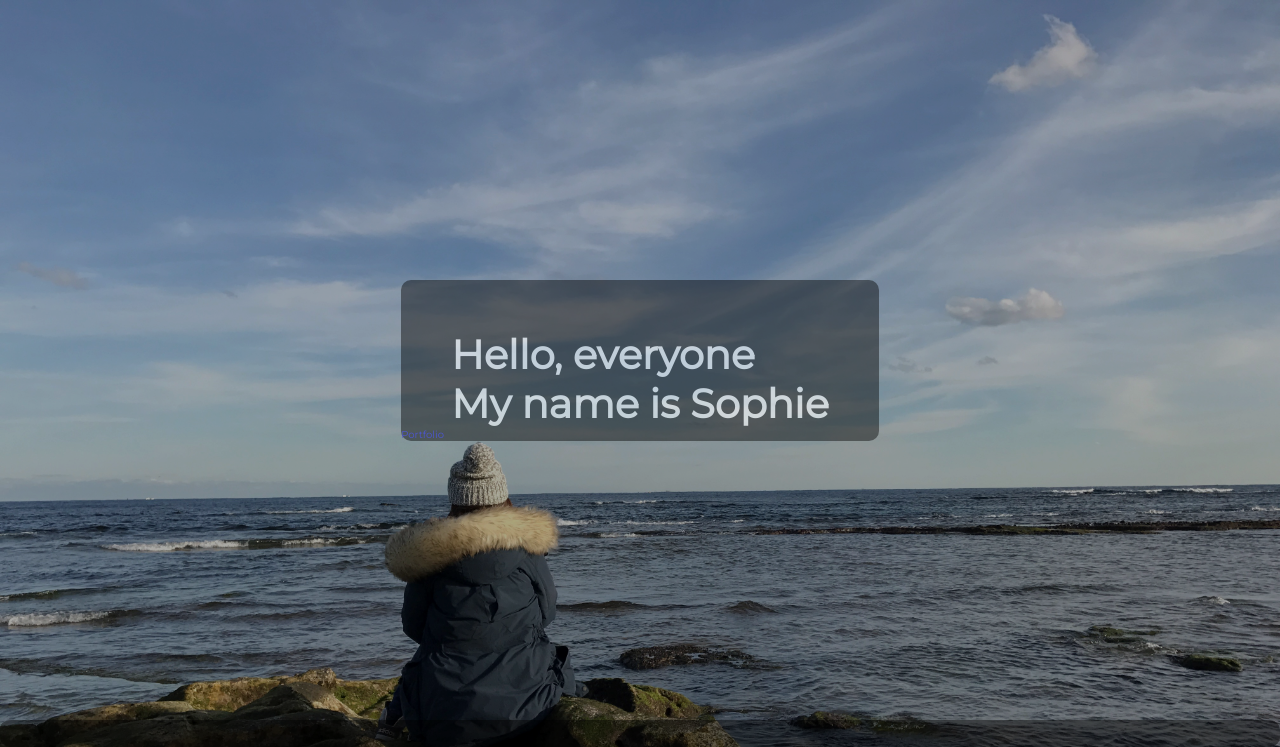
Repository: wenxi0504/StaticWebsite_Profolio
Page: index.html
An editor plug-in stored every save of this project. The page is shown before and after the next save, followed by the edit.
The browser window is 1280 px wide. The pictures show the whole page.

Above is the page before, as saved 2022-03-02 00:41:25.

### index.html
<!DOCTYPE html>
<html lang="en">
<head>
    <meta charset="UTF-8">
    <meta http-equiv="X-UA-Compatible" content="IE=edge">
    <meta name="viewport" content="width=device-width, initial-scale=1.0">
    <link rel="stylesheet" href="style.css">
    <title>Portfolio</title>
</head>
<body>

    <!-- Introduction section -->
    <section id="myIntro">
        <div class="myIntro container">
            <div class="card">
                <h1 class="hello">
                    Hello, everyone <br> My name is Sophie
                </h1>
                <a class="alink"href="#" type="button" class="cta">Portfolio</a>
            </div>
        </div>
        <div class="card">
            <h3 class="card-title">Glassmorphism is awesome</h3>
            <p>A modern CSS UI library based on the glassmorphism design principles that will help you quickly design and build beautiful websites and applications.</p>

        </div>

    </section>

</body>
</html>

### style.css
/* import custom font from GoogleFonts */
@import "https://fonts.googleapis.com/css?family=Montserrat:300, 400, 700&display=swap";
* {
  margin: 0px;
  padding: 0px;
  box-sizing: border-box;
}

html {
  font-size: 10px;
  font-family: "Montserrat", sans-serif;
}

a {
  text-decoration: none;
}

.container {
  min-height: 100vh;
  width: 100%;
  display: flex;
  align-items: center;
  justify-content: center;
}

/* myIntro section */
#myIntro {
  background-image: url(./images/ProfolioBackground.jpg);
  background-size: cover;
  background-position: top center;
  position: relative;
  z-index: 1;

}

/* background blurring */
#myIntro ::after {
  content: "";
  position: absolute;
  left: 0px;
  top: 0px;
  height: 100%;
  width: 100%;
  background-color: black;
  opacity: 10%;
  z-index: -999;
}

.card {

  border-radius: 10px;
  background-color:black;
  z-index: 2;
  opacity: 50%;

  /* background: inherit; */
  /* overflow: hidden; */
  /* -webkit-backdrop-filter: blur(10px);
    backdrop-filter: blur(10px); */

}


#myIntro h1 {
  display: block;
  width: fit-content;
  margin-top: 5rem;
  margin-left: 5rem;
  margin-right: 5rem;
  font-size: 4rem;
  color: white;

}

#myIntro .cta {
  display: inline-block;
  margin-left: 5rem;
  margin-bottom: 5rem;
  padding: 1rem 1rem;
  color: white;
  background-color: transparent;
  border: 2px solid crimson;
  border-radius: 10px;
  font-size: 2rem;
  text-transform: uppercase;
  letter-spacing: 0.1rem;
  margin-top: 30px;
  transition: 0.3s ease;
  transition-property: background-color;
}

#myIntro .cta:hover {
  background-color: crimson;
}

/* end myIntro section */

After the next save:
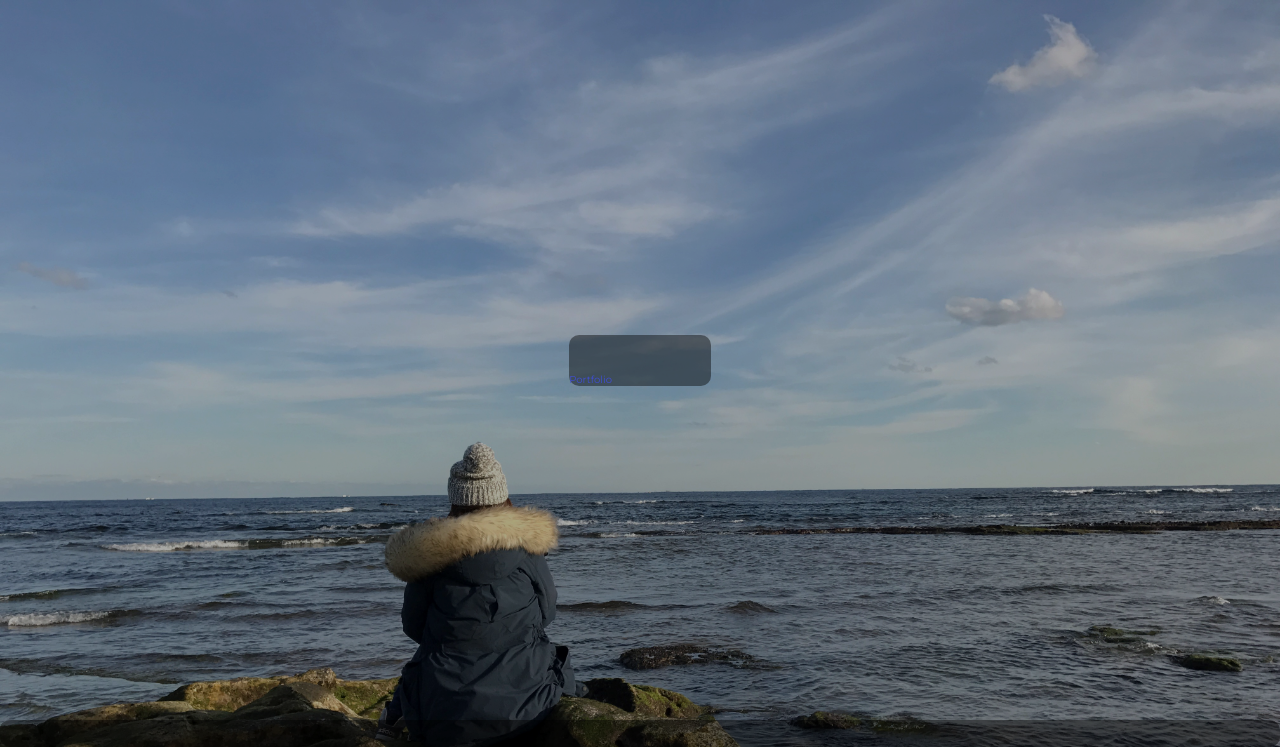
Saved 55 s later.
--- a/style.css
+++ b/style.css
@@ -61,7 +61,8 @@
 }
 
 
-#myIntro h1 {
+/* #myIntro h1 { */
+    #hello {
   display: block;
   width: fit-content;
   margin-top: 5rem;
@@ -72,7 +73,7 @@
 
 }
 
-#myIntro .cta {
+ .cta {
   display: inline-block;
   margin-left: 5rem;
   margin-bottom: 5rem;

After the save that followed:
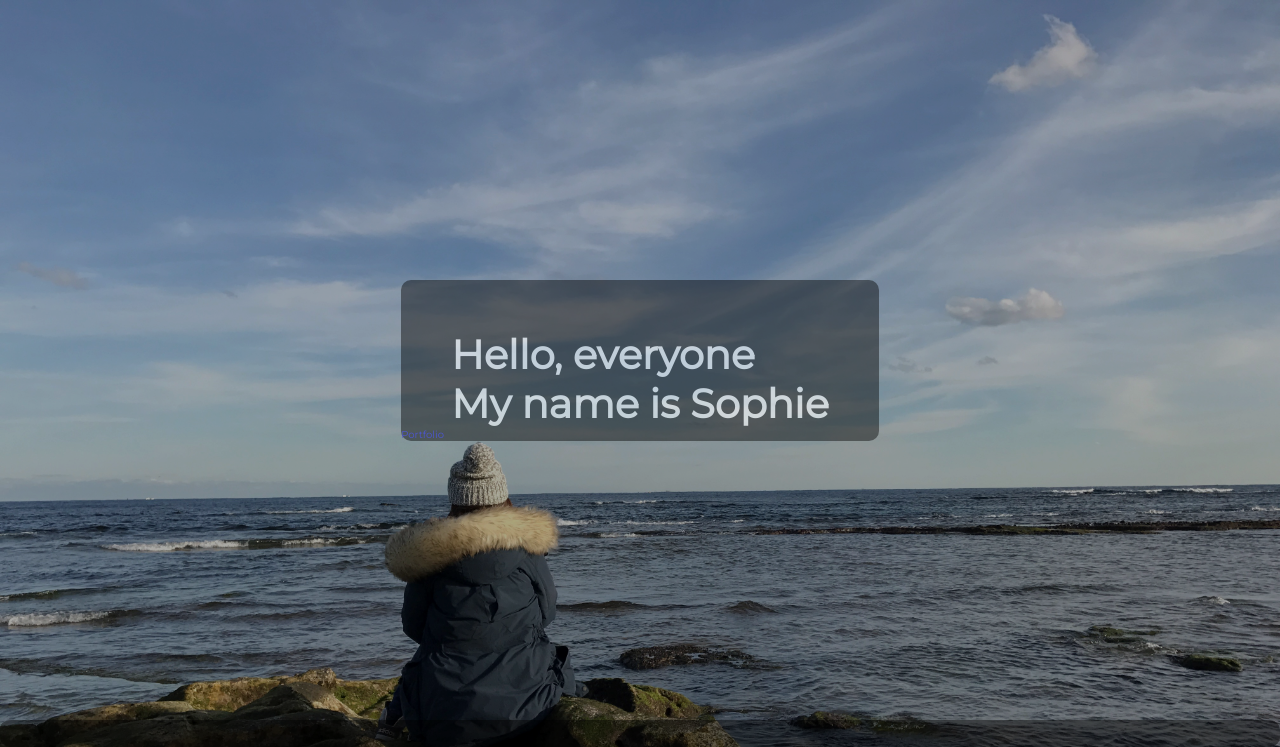
Saved 40 s later.
--- a/style.css
+++ b/style.css
@@ -61,8 +61,8 @@
 }
 
 
-/* #myIntro h1 { */
-    #hello {
+#myIntro h1 {
+
   display: block;
   width: fit-content;
   margin-top: 5rem;
@@ -73,7 +73,7 @@
 
 }
 
- .cta {
+ #myIntro.cta {
   display: inline-block;
   margin-left: 5rem;
   margin-bottom: 5rem;
